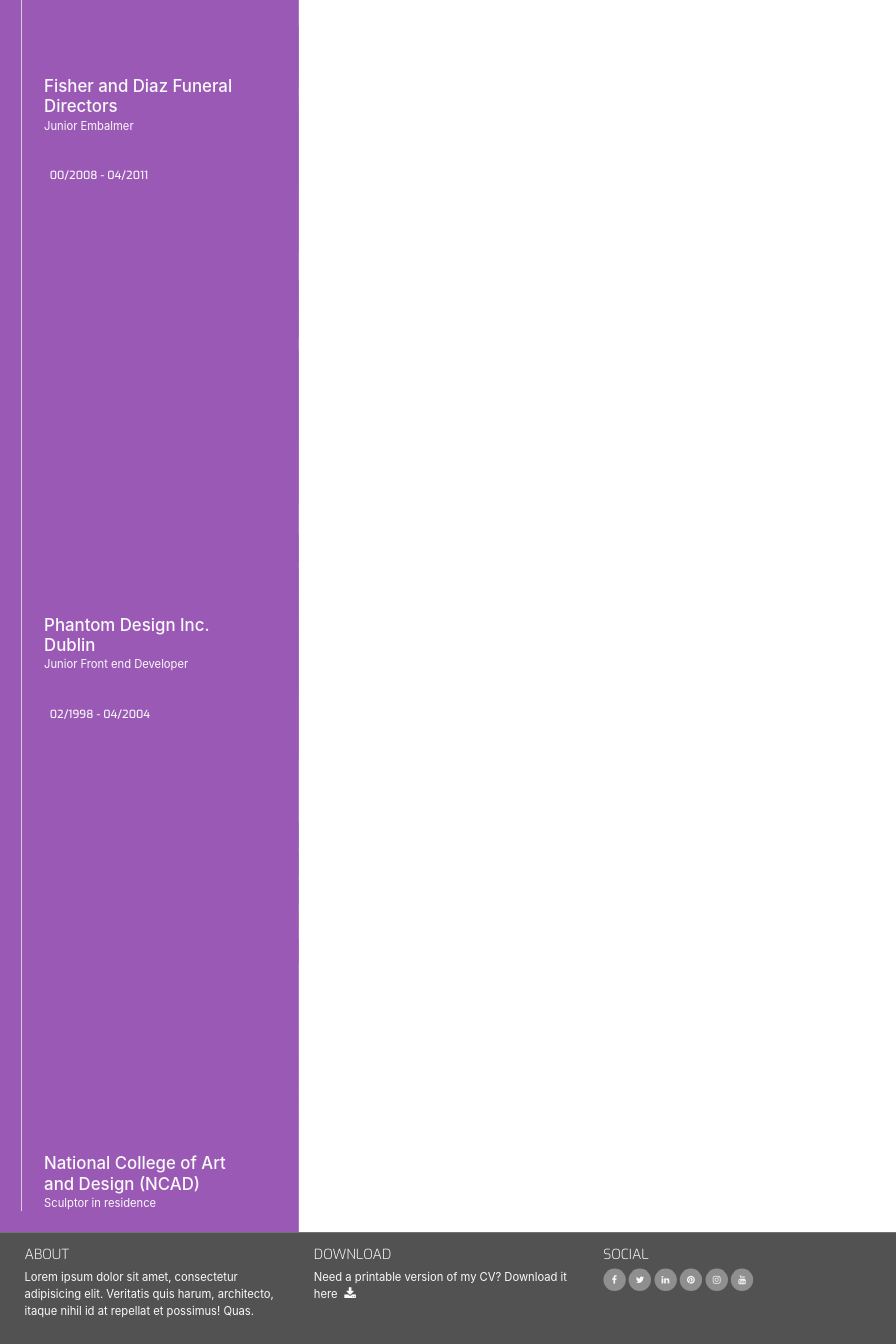
Repository: FirasH94/ResumeProject
Page: resume.html
The author's editor kept a record of every edit. The page is drawn from the files as they stood at one moment, then again after the next edit.
The browser window is 1280 px wide. The pictures show the part of the page from y = 1826 to 3746 px (the page is 3746 px tall before and 3717 px after), at 70% of full size.

Above is the page before.

### resume.html
<!DOCTYPE html>
<html lang="en">
<head>
    <meta charset="UTF-8">
    <meta name="viewport" content="width=device-width, initial-scale=1.0">
    <meta http-equiv="X-UA-Compatible" content="ie=edge">
    <link rel="stylesheet" href="https://stackpath.bootstrapcdn.com/bootstrap/4.3.1/css/bootstrap.min.css" type="text/css" />
    <link rel="stylesheet" href="https://stackpath.bootstrapcdn.com/font-awesome/4.7.0/css/font-awesome.min.css" type="text/css" />
    <link rel="stylesheet" href="https://cdnjs.cloudflare.com/ajax/libs/hover.css/2.3.1/css/hover-min.css" type="text/css" />
    <link rel="stylesheet" href="assets/css/style.css" type="text/css" />
    <title>Firas</title>
</head>
<body>
    <header>
        <div class="row no-gutters">
            <a href="index.html" class="col-md-4 logo">

            </a>
            <div class="col-md-8">
                <div class="row bg-color-name-title no-gutters">
                    <div class="col heading">
                        <h1 class="name">Firas Hazim</h1>
                        <h2 class="title">Full stack developer</h2>
                    </div>
                </div>
                <div class="row no-gutters">
                    <div class="col">
                        <ul id="nav" class="list-inline menucontainer">
                            <li class="col-6 col-sm-3 ui-menu-color-home list-inline-item menuitem hvr-sweep-to-bottom">
                                <a href="#"><i class="fa fa-home" aria-hidden="true"></i><span>Home</span></a>
                            </li>
                            <li class="col-6 col-sm-3 ui-menu-color-resume list-inline-item menuitem hvr-sweep-to-bottom">
                                <a href="#"><i class="fa fa-graduation-cap" aria-hidden="true"></i><span>Resume</span></a>
                            </li>
                            <li class="col-6 col-sm-3 ui-menu-color-contact list-inline-item menuitem hvr-sweep-to-bottom">
                                <a href="#"><i class="fa fa-comment-o" aria-hidden="true"></i><span>Contact</span></a>
                            </li>
                            <li class="col-6 col-sm-3 ui-menu-color-download list-inline-item menuitem hvr-sweep-to-bottom">
                                <a href="#"><i class="fa fa-download" aria-hidden="true"></i><span>Download</span></a>
                            </li>
                        </ul>
                    </div>
                </div>
            </div>
        </div>
    </header>
<section class="container-fluid">
        <div class="row">
            <div class="col-md-4 bg-color-work-history section-column">
                <div class="row">
                    <div class="col-12">
                        <h3 class="history-heading uppercase">
                            Work history
                        </h3>
                    </div>
                </div>
                    <div class="timeline-item" data-dates="02/1998 - 04/2004">
                        <h4>National College of Art and Design (NCAD)</h4>
                        <p>Sculptor in residence</p>
                        </div>
                        <div class="timeline-item" data-dates="04/2004 - 06/2008">
                            <h4>Fisher and Diaz Funeral Directors</h4>
                            <p>Junior Embalmer</p>
                        </div>
                        <div class="timeline-item" data-dates="00/2008 - 04/2011">
                            <h4>Phantom Design Inc. Dublin</h4>
                            <p>Junior Front end Developer</p>
                        </div>
                        <div class="timeline-item" data-dates="02/1998 - 04/2004">
                            <h4>National College of Art and Design (NCAD)</h4>
                            <p>Sculptor in residence</p>
                        </div>
            </div>

            <div class="col-md-8 bg-color-three-reasons">
                <div class="row">
                    <div class="col">
                        <h3 class="section-heading uppercase">My Skills</h3>
                    </div>
                </div>
                <div class="row">
                    <div class="col-10 offset-1 offset-sm-0 col-sm-4 col-md-6">
                        <div class="row">
                            <div class="col-2">
                                <i class="three-reasons-icon fa fa-tv" aria-hidden="true"></i>
                            </div>
                            <div class="col-10">
                                <h4 class="three-reasons-heading uppercase">Front End</h4>
                                <p>
                                    I'm skilled in User Experience Design using the trinity of HTML/CSS/Javascript.
                                    I also have extensive experience in Front End Frameworks such as Angular and react.
                                </p>
                            </div>
                        </div>
                    </div>
                    <div class="col-10 offset-1 offset-sm-0 col-sm-4 col-md-6">
                        <div class="row">
                            <div class="col-2">
                                <i class="three-reasons-icon fa fa-gears" aria-hidden="true"></i>
                            </div>
                            <div class="col-10">
                                <h4 class="three-reasons-heading uppercase">Back End</h4>
                                <p>
                                   I specialsie in data-driven web applications. Many of my projects utilise document-based data.
                                   I use Python and Django in conjunction with MongoDB to process and present inforamtion.
                                </p>
                            </div>
                        </div>
                    </div>

                </div>
                <div class="row progress-section">
                    <div class="col">
                        <div class="progress">
                            <div class="progress-bar" role="progressbar" aria-valuenow="90" aria-valuemin="0"
                            aria-valuemax="100" style="width:90%;">
                                <span class="sr-only">90% Complete</span>
                            </div>
                            <span class="progress-type">HTMNL / HTML5</span>
                        </div>
                         <div class="progress">
                            <div class="progress-bar bg-success" role="progressbar" aria-valuenow="80" aria-valuemin="0"
                            aria-valuemax="100" style="width:80%;">
                                <span class="sr-only">80% Complete</span>
                            </div>
                            <span class="progress-type">CSS / CSS3</span>
                        </div>
                        <div class="progress">
                            <div class="progress-bar bg-info" role="progressbar" aria-valuenow="70" aria-valuemin="0"
                            aria-valuemax="100" style="width:70%;">
                                <span class="sr-only">70% Complete</span>
                            </div>
                            <span class="progress-type">JavaScript / jQuery</span>
                        </div>
                        <div class="progress">
                            <div class="progress-bar bg-warning" role="progressbar" aria-valuenow="80" aria-valuemin="0"
                            aria-valuemax="100" style="width:80%;">
                                <span class="sr-only">80% Complete</span>
                            </div>
                            <span class="progress-type">Django / Python</span>
                        </div>
                        <div class="progress">
                            <div class="progress-bar bg-danger" role="progressbar" aria-valuenow="80" aria-valuemin="0"
                            aria-valuemax="100" style="width:80%;">
                                <span class="sr-only">80% Complete</span>
                            </div>
                            <span class="progress-type">SQL / NoSQL</span>
                        </div>
                    </div>
                </div>
            </div>
        </div>

    </section>
    <footer class="container-fluid">
        <div id="footer-details" class="row">
            <div class="col-sm-4">
                <h5 class="uppercase general-sub">About</h5>
                <p class="inline-block">
                    Lorem ipsum dolor sit amet, consectetur adipisicing elit.
                    Veritatis quis harum, architecto, itaque nihil id at repellat et possimus! Quas.
                </p>
            </div>
            <div class="col-sm-4">
                <h5 class="uppercase general-sub">Download</h5>
                <p class="inline-block">
                    Need a printable version of my CV? Download it here
                    <a href="#" target="_blank" class="cv-pdf">
                        <i class="fa fa-download" aria-hidden="true"></i>
                        <span class="sr-only">Download link.</span>
                    </a>
                </p>
            </div>
            <div class="col-sm-4">
                <h5 class="uppercase general-sub">Social</h5>
                <ul class="list-inline social-links">
                    <li class="list-inline-item">
                        <a target="_blank" href="#">
                            <i class="fa fa-facebook" aria-hidden="true"></i>
                            <span class="sr-only">Facebook</span>
                        </a>
                    </li>
                                        <li class="list-inline-item">
                        <a target="_blank" href="#">
                            <i class="fa fa-twitter" aria-hidden="true"></i>
                            <span class="sr-only">Twitter</span>
                        </a>
                    </li>
                    <li class="list-inline-item">
                        <a target="_blank" href="#">
                            <i class="fa fa-linkedin" aria-hidden="true"></i>
                            <span class="sr-only">LinkedIn</span>
                        </a>
                    </li>
                    <li class="list-inline-item">
                        <a target="_blank" href="#">
                            <i class="fa fa-pinterest" aria-hidden="true"></i>
                            <span class="sr-only">Pinterest</span>
                        </a>
                    </li>
                    <li class="list-inline-item">
                        <a target="_blank" href="#">
                            <i class="fa fa-instagram" aria-hidden="true"></i>
                            <span class="sr-only">Instagram</span>
                        </a>
                    </li>
                    <li class="list-inline-item">
                        <a target="_blank" href="#">
                            <i class="fa fa-youtube" aria-hidden="true"></i>
                            <span class="sr-only">Youtube</span>
                        </a>
                    </li>
                </ul>
            </div>
        </div>

    </footer>
</body>
</html>

### assets/css/style.css
@import url('https://fonts.googleapis.com/css?family=Roboto:100,200,300,400,500,600,700|Exo:100,200,300,400,500,600,700');

.bg-color-name-title{
background-color:#676767;
}

.bg-color-three-reasons {
    background-color: #fff;
}

.bg-color-personal-info {

background-color: #f4f4f4;
}

.bg-color-work-history {
background-color: #9b59b6;
}

.ui-menu-color-home {
    background-color: #e67e22;
}

.ui-menu-color-resume {
    background-color: #9b59b6;
}

.ui-menu-color-contact {
    background-color: #3498db;
}

.ui-menu-color-download {
    background-color: #525252;
}

/* --------------------------------------Special paddings/margins/text */

h1,h2,h3,h4 {
    margin: 0;
}

.uppercase {
    text-transform: uppercase;
}

.general-sub {
    font-family: "Exo" , sans-serif;
    font-weight: 300;
    color: #fafafa;
}

.inline-block {
    display: inline-block;
}

.row-table {
    display: table;
}

.section-column {
    display: table-cell;
    padding: 0 30px 30px;
    float: none;
}

.history-heading,
.section-heading {
    font-family: "Exo", sans-serif;
    font-weight: 300;
    margin-top: 25px;
    margin-bottom: 40px;
}

/* --------------------------------------Heading */

header {
    margin:0;
}

.heading {
     margin-left: 50px;
}

.logo {
background: url("../images/profile_pic.jpg");
background-position: center;
background-repeat: no-repeat;
background-size: cover;
min-height: 360px;
transition: all .5s ease-in-out;
-moz-transition: all .5s ease-in-out;
-webkit-transition: all .5s ease-in-out;
}


.name {
    font-family: "Exo", sans-serif;
    font-weight: 100;
    font-size: 46px;
    margin-top: 50px;
    color: #fff;
}

.title {
    font-family: "Roboto", sans-serif;
    font-weight: 200;
    font-size: 28px;
    margin-top: 20px;
    margin-bottom: 90px;
    color: #fff;
}

.list-inline-item:not(:last-child){
    margin: 0;
}

.menucontainer {
    font-size: 0;
}

#nav {
    margin: 0;
}

#nav li {
    font-size: 14px;
    padding: 0;
}

.menuitem {
    height: 120px;
    text-align: center;
    padding: 0;
}

.menuitem a {
    width: 100%;
    text-decoration: none;
    color: #fff;
    height: 120px;
}

.menuitem a i {
    padding-top: 22px;
    display: block;
    color: #fafafa;
    font-size: 26px;
}

.menuitem span {
    display: block;
    width: 100%;
    padding-top: 5px;
    text-align: center;
    text-transform: uppercase;
    font-size: 14px;
    font-weight: 300;
    letter-spacing: 2px;
}

/* --------------------------Hover.css */

.hvr-sweep-to-bottom:before {
    background-color: rgba(0, 0, 0, 0.2);
    height: 120px;
}

/* --------------------------------------Footer */

footer {
    background-color: #525252;
    color: #fafafa;
    min-height: 120px;
    margin: 0;
}


.cv-pdf i {
    font-size: 18px;
    color: #fafafa;
    text-align: center;
    padding-left: 5px;
    transition: all 0.35s ease-in-out;
    -moz-transition: all 0.35s ease-in-out;
    -webkit-transition: all 0.35s ease-in-out;
    -o-transition: all 0.35s ease-in-out;
}

.cv-pdf i:hover {
    color: #e84610;
}

.social-links {
    padding-bottom: 15px;
}

.social-links li a i {
    width: 32px;
    height: 32px;
    padding: 12px 0;
    border-radius: 50%;
    font-size: 13px;
    line-height: 7px;
    text-align: center;
    color: #fafafa;
    background: #8f8f8f;
    transition: all 0.35s ease-in-out;
    -moz-transition: all 0.35s ease-in-out;
    -webkit-transition: all 0.35s ease-in-out;
    -o-transition: all 0.35s ease-in-out;
}

.social-links li a i:hover {
    background:#e84610;
}

#footer-details {
    padding: 20px;
}

/* --------------------------------------Three reasons */

.three-reasons-icon {
    font-size: 20px;
    color: #e67e22;
}

.three-reasons-heading {
    margin-bottom: 15px;
}

/* --------------------------------------Personal Info */

.personal-info-item {
    margin-bottom: 20px;
    display: block;
    clear: both;
}

.personal-info-item .key,
.personal-info-item .value {
    padding-right: 8px;
    display: inline-block;
}

.personal-info-item .key p,
.personal-info-item .value p {
    margin: 0;
}

.personal-info-item .key {
    width: 30%;
    margin-right: 21px;
    padding-top: 2px;
    vertical-align: top;
}

.personal-info-item .key p {
    font-weight: 700;
}

.personal-info-item .value {
    position: relative;
    width: 60%;
}

/* --------------------------------------Skills */

.progress{
position:relative;
height: 25px;
margin-bottom: 4px;

}

.progress-type {
    position: absolute;
    left: 0;
    font-weight: 400;
    padding: 3px 30px 2px 10px;
    color: #fafafa;
    background-color: rgba(25, 25, 25, 0.2);
}

.progress-section {
    margin: 40px 20px;
}

/* --------------------------------------Work History */

.history-heading {
    color: #fafafa;
    margin-bottom: 50px;
}

.timeline-item {
    padding: 43em 2em 0em 2em;
    position: relative;
    color: #fafafa;
    border-left: 1px solid;
}

.timeline-item p {
    padding: 0;
    margin: 0;
}

.timeline-item:before {
    content: attr(data-dates);
    position: absolute;
    left: 2.5em;
    top: 3em;
    display: block;
    font-family: "Exo" , sans-serif;
    font-weight: 500;
    font-size:  0.8 em;
    padding: 0;
    margin: 0;
}

After the next edit:
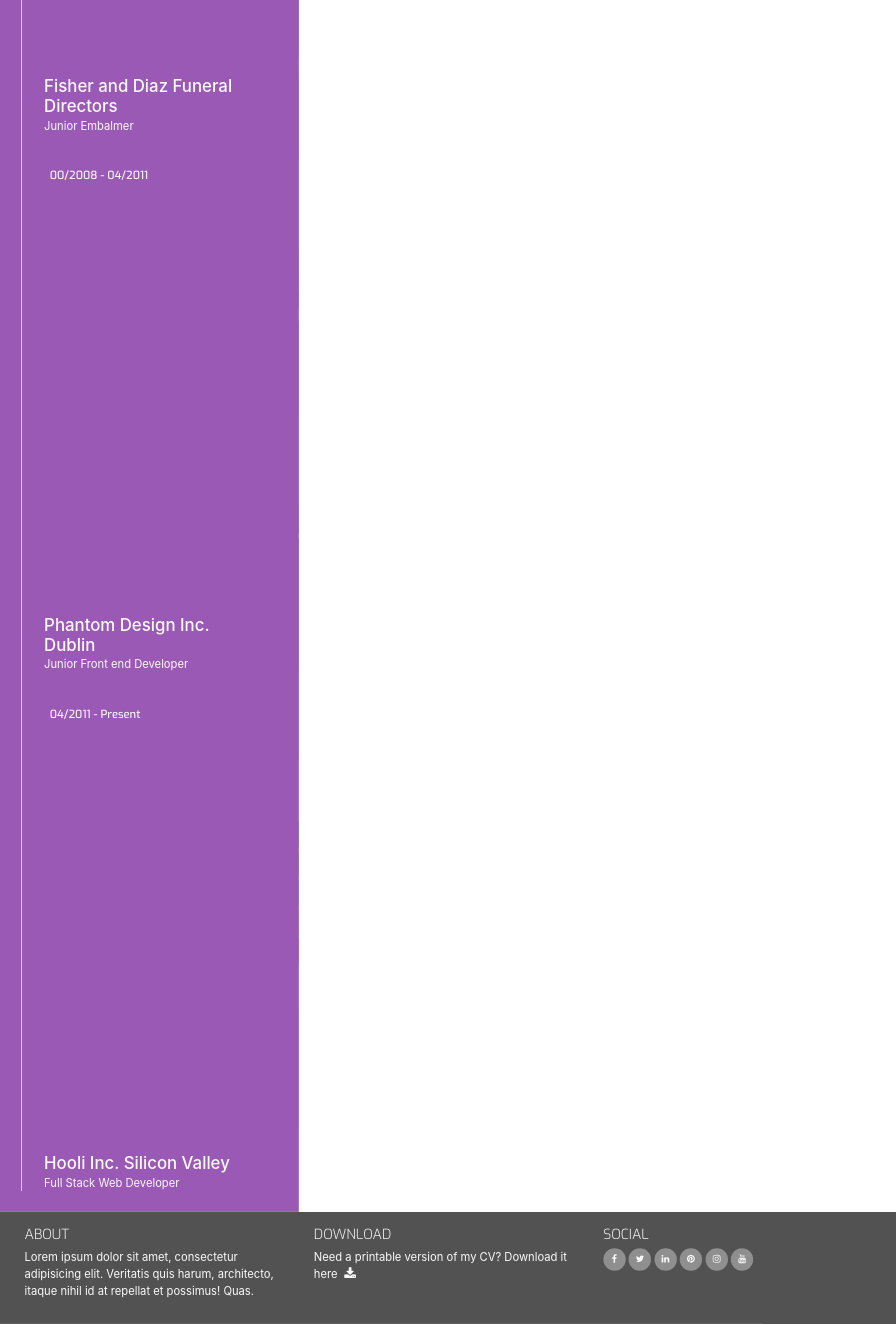
The edit:
--- a/resume.html
+++ b/resume.html
@@ -66,9 +66,9 @@
                             <h4>Phantom Design Inc. Dublin</h4>
                             <p>Junior Front end Developer</p>
                         </div>
-                        <div class="timeline-item" data-dates="02/1998 - 04/2004">
-                            <h4>National College of Art and Design (NCAD)</h4>
-                            <p>Sculptor in residence</p>
+                        <div class="timeline-item" data-dates="04/2011 - Present">
+                            <h4>Hooli Inc. Silicon Valley</h4>
+                            <p>Full Stack Web Developer</p>
                         </div>
             </div>
 
